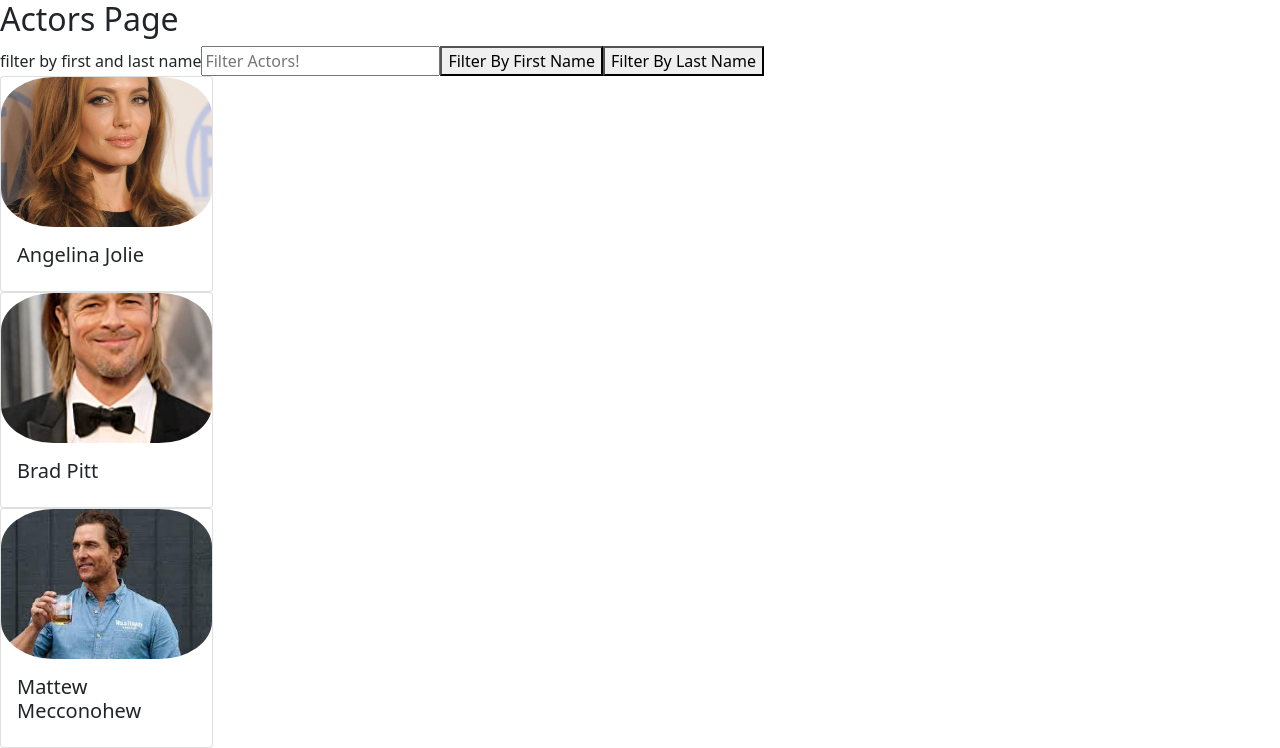
Repository: shuroo/FECourse-react-movieapp
Page: /
An editor plug-in stored every save of this project. The page is shown before and after the next save, followed by the edit.
The browser window is 1280 px wide. The pictures show the whole page.
The project was rebuilt for these pictures with package versions that can differ from the ones it lists, and the page was loaded fresh each time. Also part of the build but not shown: src/App.css.

Above is the page before, as saved 2021-07-24 17:50:24.

### src/App.js
import logo from './logo.svg';
import './App.css';
import React, { useState } from 'react';
import Actor from './pages/Actor';
import 'bootstrap/dist/css/bootstrap.min.css';
import ActorsPage from './pages/ActorsPage';

function App() {
    return <ActorsPage / >
};

export default App;

### src/pages/ActorsPage.jsx
import React, { useState } from 'react';
import ActorModel from '../model/ActorModel';
//import angelinaImg from "pages/angeline.jpg";
import CardComponent from "../components/CardComponent";

import ImgGallery from "../components/ImgGallery";

function ActorsPage() {

    const allActors = [ new ActorModel("Angelina", "Jolie", new Date("04/06/1975"), "./angeline.jpg", "https://www.imdb.com/name/nm0001401/"),
    new ActorModel("Brad", "Pitt", new Date("04/06/1975"), "./brad_pitt.jpg", "https://www.imdb.com/name/nm0000093/"),
    new ActorModel("Mattew", "Mecconohew", new Date("04/06/1975"), "./mattehew_mecc.jpeg","https://www.imdb.com/name/nm0000190/")];

    const [actors, setActors] = useState(
        allActors
        //new ActorModel("Brad", "Pitt", new Date("04/06/1975"), "./brad_pitt.jpg", "https://www.imdb.com/name/nm0000093/"),
     )

     let actorsHtml = actors.map(act=> <CardComponent key={act.firstName+"1"} actor={act}/>)

    // firstName, lastName, birthday, image, imdbLink

    const [filterText, setFilterText] = useState("")
    const [sortCriteria, setSortCriteria] = useState("")

    function filterTextByEvent(e){
        let text = e.target.value;
        setFilterText(text);
        if(text === ""){
            setActors(allActors);
        }
    }
    function filterByFirstName(){
        let actorsFiltered = [...actors].filter(a=>a.firstName.startsWith(filterText));
        setActors(actorsFiltered);
    }

    function filterByLastName(){
         setActors(actors.filter(a=>a.lastName.startsWith(filterText)));
    }

    function sortBy(e){
        const criteria = e.target.value;
    }

    return (
        <div>
            <h2>Actors Page</h2>
            <div><label>filter by first and last name</label>
            <input type="text" value={filterText} onChange={(e)=>filterTextByEvent(e)}   placeholder="Filter Actors!"></input>
            <button onClick={filterByFirstName}>Filter By First Name</button>
            <button onClick={filterByLastName}>Filter By Last Name</button>
            <ImgGallery actorsHtml={actorsHtml}/>
            </div>

        </div>
    );
}

export default ActorsPage;

### src/model/ActorModel.jsx
class ActorModel{

    constructor(firstName, lastName, birthday, image, imdbLink){

        this.firstName = firstName;
        this.lastName = lastName;
        this.birthday = birthday;
        this.image = image;
        this.imdbLink = imdbLink;
        this.age = this.age.bind(this);
    }

    age(){
        var thisyear = new Date().getFullYear();
        var birthyear = this.birthday.getFullYear();
        return (thisyear - birthyear);
    }
}

export default ActorModel;

### src/components/CardComponent.jsx
import React from "react";
import './CardComponent.css';

function CardComponent({actor}) {

	return (

<div className=" card col col-md-2 col-lg-2 col-sm-2" onClick={(e)=>(window.open(actor.imdbLink, '_blank'))}>
  <img className="actorImg card-img-top" src={actor.image} alt={actor.firstName+" "+actor.lastName}/>
  <div className="card-body">
    <h5 className="card-title">{actor.firstName} {actor.lastName}</h5>
    <p className="card-text">{actor.age}
  </p></div>
  </div>
	)
}

export default CardComponent;

### src/components/ImgGallery.jsx
import React from "react";
import './CardComponent.css';

function ImgGallery({actorsHtml}){


return(
<div className="gallery">{actorsHtml}</div>

)

}

export default ImgGallery;

### src/components/CardComponent.css
.actorImg {
    border-radius: 25%;
    object-fit: cover;
    height: 150px;
}

.col {
    display: flex;
    justify-content: space-around;
    align-items: flex-start;
    flex-basis: 20%;
}

.card {
    display: flex;
    flex-direction: column;
}

Loaded but not shown: public/index.html (common file); src/index.js (common file); src/index.css (common file); src/reportWebVitals.js (common file); src/pages/Actor.jsx (no stored copy; drawn as an empty file)

After the next save:
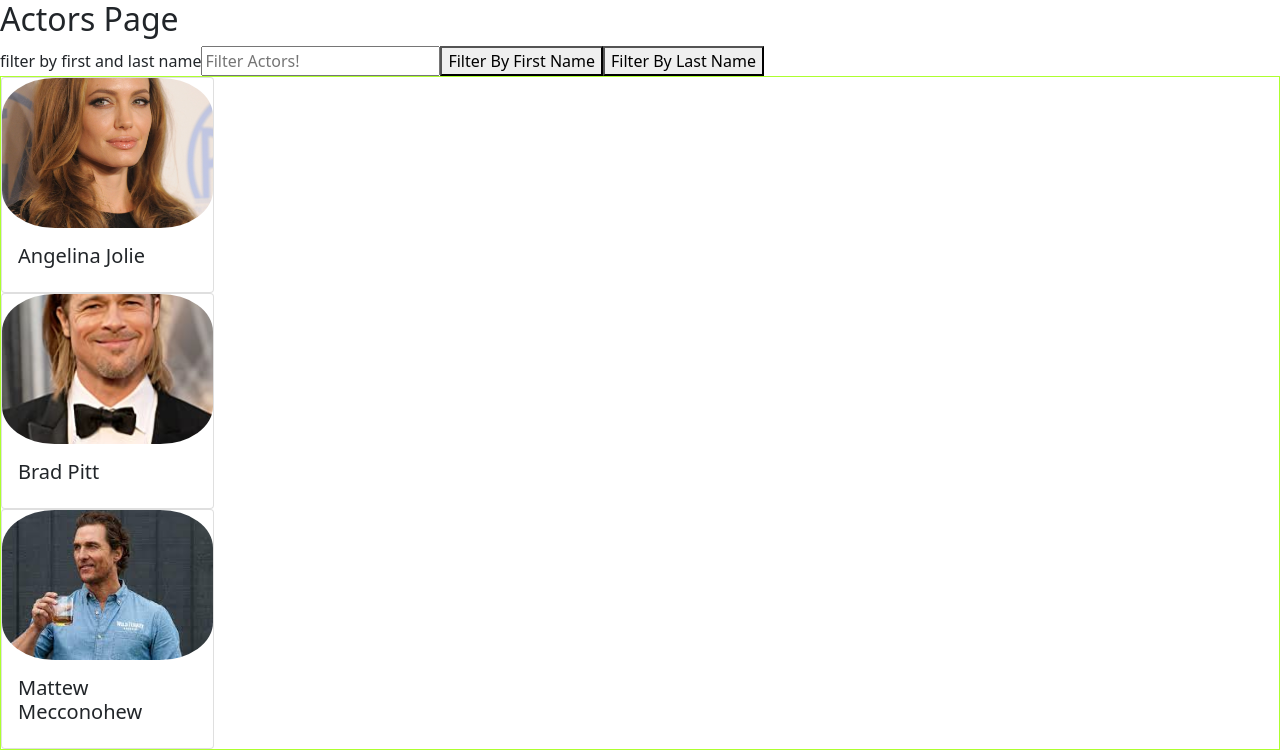
Saved 8 s later.
--- a/src/components/CardComponent.css
+++ b/src/components/CardComponent.css
@@ -15,3 +15,9 @@
     display: flex;
     flex-direction: column;
 }
+
+.gallery {
+    display: flex;
+    flex-direction: column;
+    border: 1px solid greenyellow;
+}
